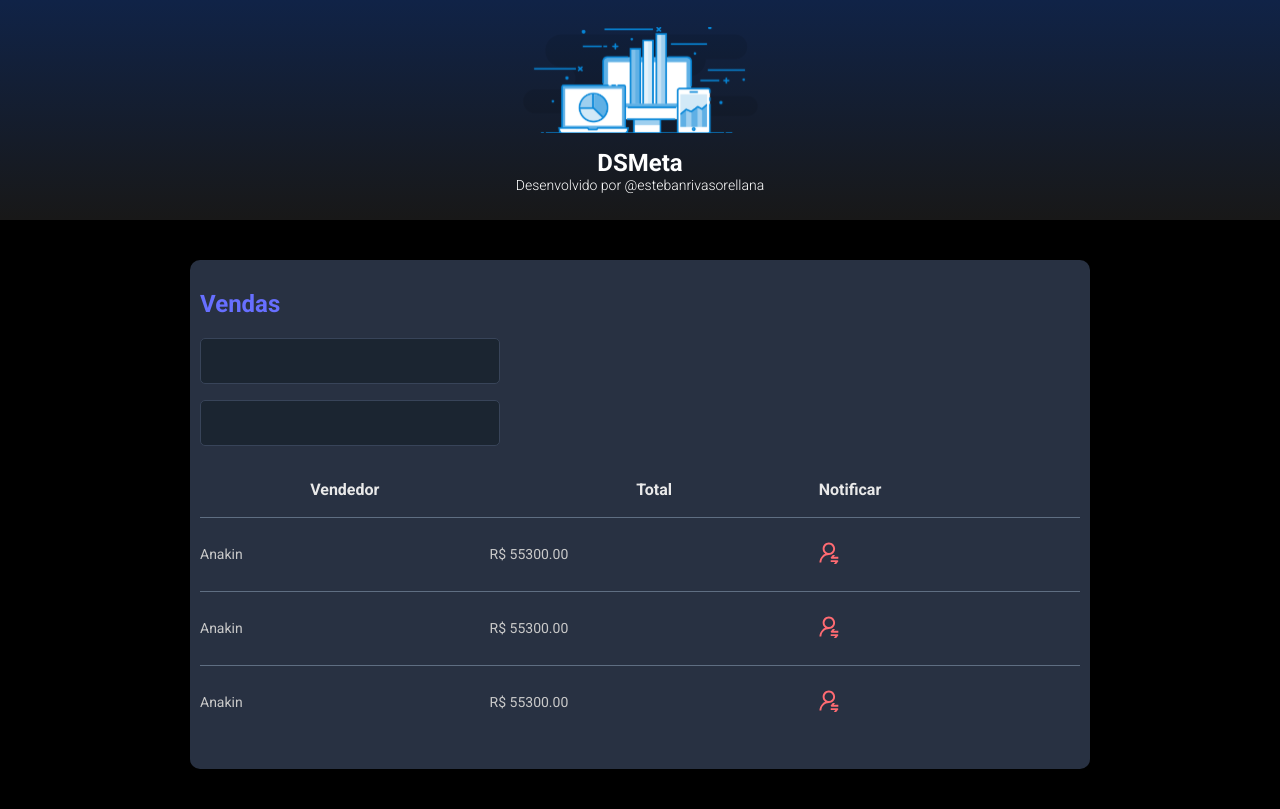
Repository: estebanrivas/dsmeta-css
Page: index.html
These files come from the project's save history. The page is drawn as it stood at one moment and after the next save; the edit follows.
The browser window is 1280 px wide. The pictures show the whole page.

Above is the page before, as saved 2022-09-08 22:06:50.

### index.html
<!DOCTYPE html>
<html lang="en">

<head>
    <meta charset="UTF-8">
    <meta http-equiv="X-UA-Compatible" content="IE=edge">
    <meta name="viewport" content="width=device-width, initial-scale=1.0">
    <title>DSMeta</title>

    <link rel="stylesheet" href="css/styles.css">
</head>

<body>
    <header>
        <div class="dsmeta-logo-container">
            <img src="images/logo.svg" alt="DSMeta">
            <h1>DSMeta</h1>
            <p>Desenvolvido por
                <a href="https://www.instagram.com/estebanrivasorellana/">@estebanrivasorellana</a>
            </p>
        </div>
    </header>

    <main>
        <section id="sales">
            <div class="dsmeta-container">
                <div class="dsmeta-card">
                    <h2 class="dsmeta-sales-title">Vendas</h2>

                    <div>
                        <div class="dsmeta-form-control-container">
                            <input class="dsmeta-form-control" type="text">
                        </div>
                        <div class="dsmeta-form-control-container">
                            <input class="dsmeta-form-control" type="text">
                        </div>
                    </div>

                    <div>
                        <table class="dsmeta-sales-table">
                            <thead>
                                <tr>
                                    <th>Vendedor</th>
                                    <th>Total</th>
                                    <td>Notificar</td>
                                </tr>
                            </thead>
                            <tbody>
                                <tr>
                                    <td>Anakin</td>
                                    <td>R$ 55300.00</td>
                                    <td><img src="images/notification-icon.svg" alt="Notificar"></td>
                                </tr>
                                <tr>
                                    <td>Anakin</td>
                                    <td>R$ 55300.00</td>
                                    <td><img src="images/notification-icon.svg" alt="Notificar"></td>
                                </tr>
                                <tr>
                                    <td>Anakin</td>
                                    <td>R$ 55300.00</td>
                                    <td><img src="images/notification-icon.svg" alt="Notificar"></td>
                                </tr>
                            </tbody>
                        </table>
                    </div>
                </div>
            </div>
        </section>
    </main>


</body>

</html>

### css/styles.css
@import url("https://fonts.googleapis.com/css2?family=Roboto:wght@300;400;700&display=swap");

* {
  font-family: "Roboto", sans-serif;
  box-sizing: border-box;
  margin: 0;
  padding: 0;
}

body,
html {
  background-color: #000;
  color: #fff;
}

a,
a:hover,
a:visited {
  color: unset;
  text-decoration: none;
}

header {
  height: 220px;
  background: linear-gradient(180deg, #102347 0%, #181818 100%);
  display: flex;
  align-items: center;
  justify-content: center;
}

.dsmeta-logo-container {
  display: flex;
  flex-direction: column;
  align-items: center;
}

.dsmeta-logo-container img {
  width: 235px;
}

.dsmeta-logo-container h1 {
  padding-top: 15px;
  font-size: 24px;
}

.dsmeta-logo-container p {
  font-size: 14px;
  font-weight: 300;
}

#sales {
  padding: 40px 10px;

}

.dsmeta-container {
  width: 100%;
  max-width: 900px;
  margin: 0 auto;
}

.dsmeta-card {
  background-color: #283142;
  border-radius: 10px;
  padding: 30px 10px;
}

.dsmeta-form-control-container{
    margin-bottom: 16px;
    max-width: 300px;
}

.dsmeta-form-control{
    width: 100%;
    height: 46px;
    background-color: #1B2531;
    border: 1px solid #384459;
    border-radius: 5px;
    color:#9AAABE;
    padding: 0 20px;
    font-size: 18px;
    font-weight: 400;

}

.dsmeta-sales-title{
    color: #676FFF;
    font-size: 24px;
    margin-bottom: 20px;
}

.dsmeta-sales-table{
    width: 100%;
    border-spacing: 0;
    border-collapse: collapse;
}

.dsmeta-sales-table thead{
    height: 55px;
    font-size: 16px;
    color: #E9E9E9;
    font-weight: 700;
}

.dsmeta-sales-table tbody{
    font-size: 14px;
    font-weight: 400;
    color: #c9c9c9;
}

.dsmeta-sales-table tbody tr{
    height: 74px;
    border-top: 1px solid #5f6e82;
}

After the next save:
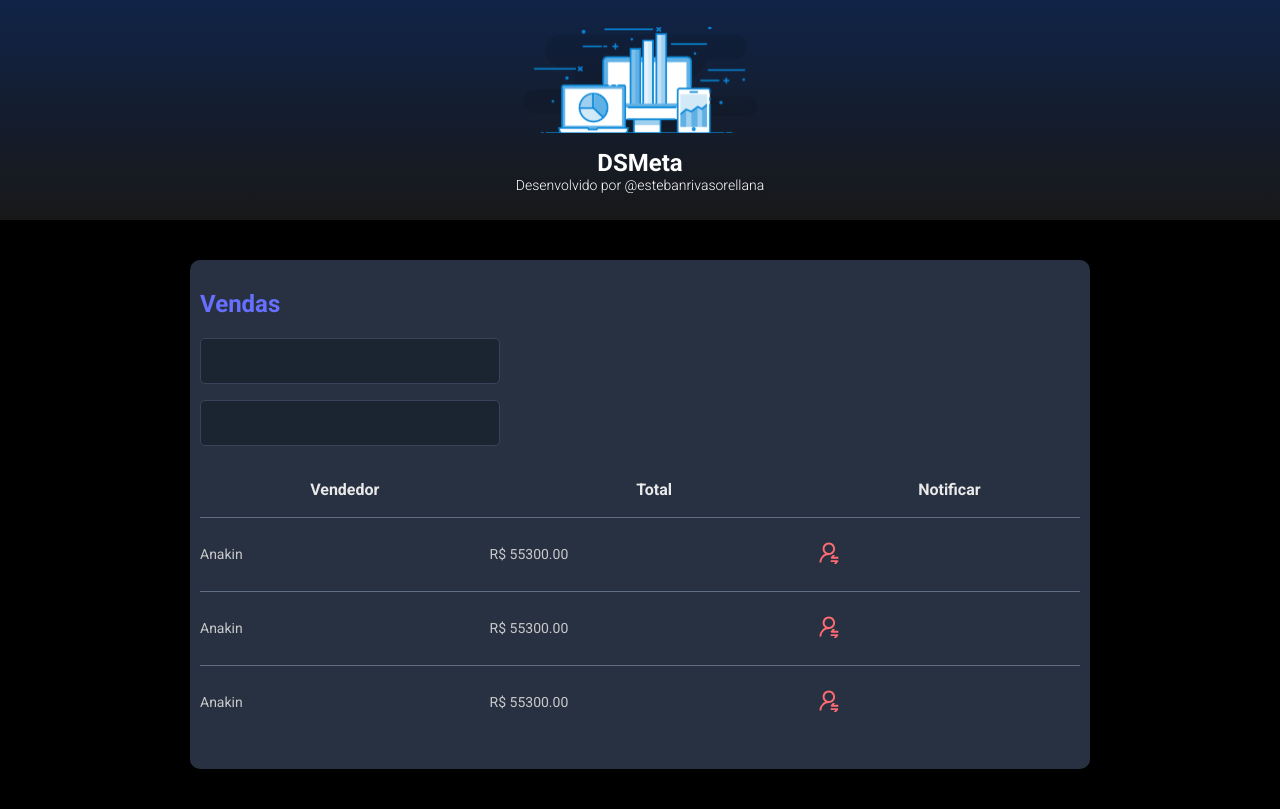
Saved 4 s later.
--- a/index.html
+++ b/index.html
@@ -42,7 +42,7 @@
                                 <tr>
                                     <th>Vendedor</th>
                                     <th>Total</th>
-                                    <td>Notificar</td>
+                                    <th>Notificar</th>
                                 </tr>
                             </thead>
                             <tbody>
